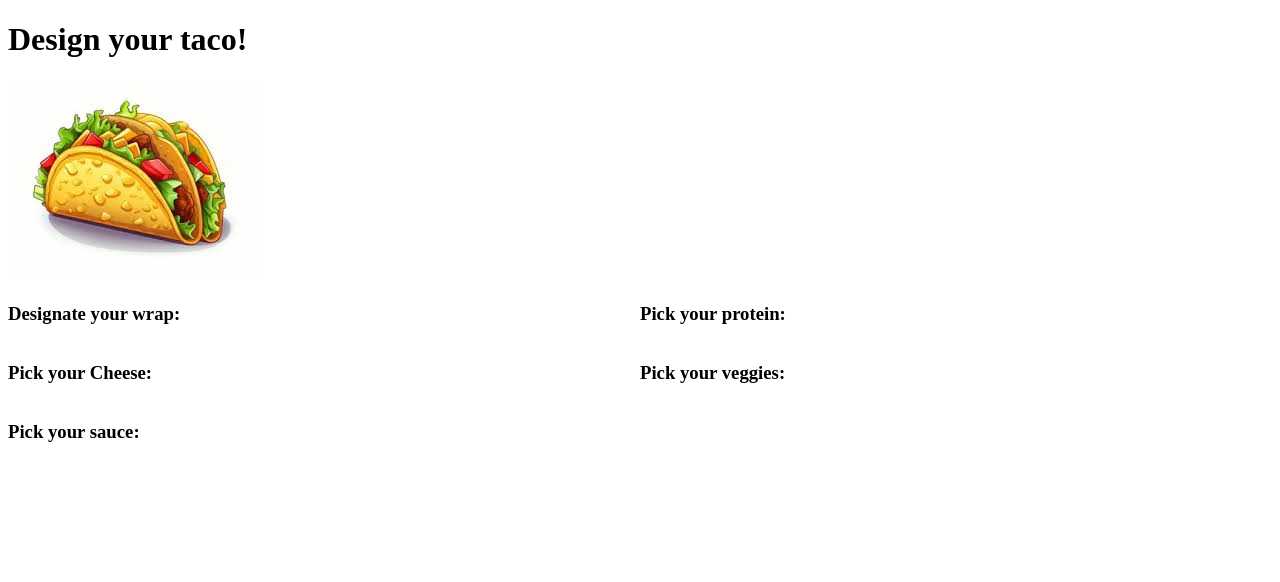
Repository: shaimaa-hshalaby/Spring-in-action-6Edition
Page: http://localhost/design
These files come from the project's save history. The page is drawn as it stood at one moment and after the next save; the edit follows.
The browser window is 1280 px wide. The pictures show the whole page.
The page is this project's Thymeleaf template; nobody is signed in. The template is opened directly, without the code that normally fills it, so the values that code supplies are empty.

Above is the page before, as saved 2025-11-03 16:37:28.

After the next save:
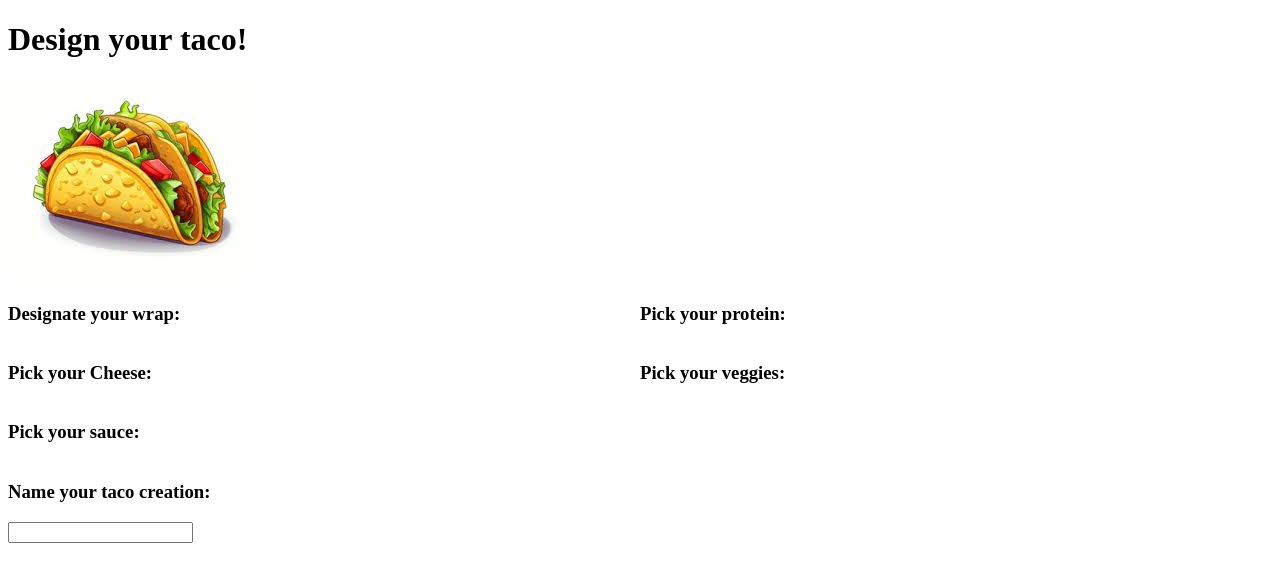
Saved 53 s later.
--- a/chapter2/taco-cloud/src/main/resources/templates/design.html
+++ b/chapter2/taco-cloud/src/main/resources/templates/design.html
@@ -83,6 +83,9 @@
 
 		</div>
 
+		<h3>Name your taco creation:</h3>
+		<input >
+
 	</form>
 </body>
 </html>
